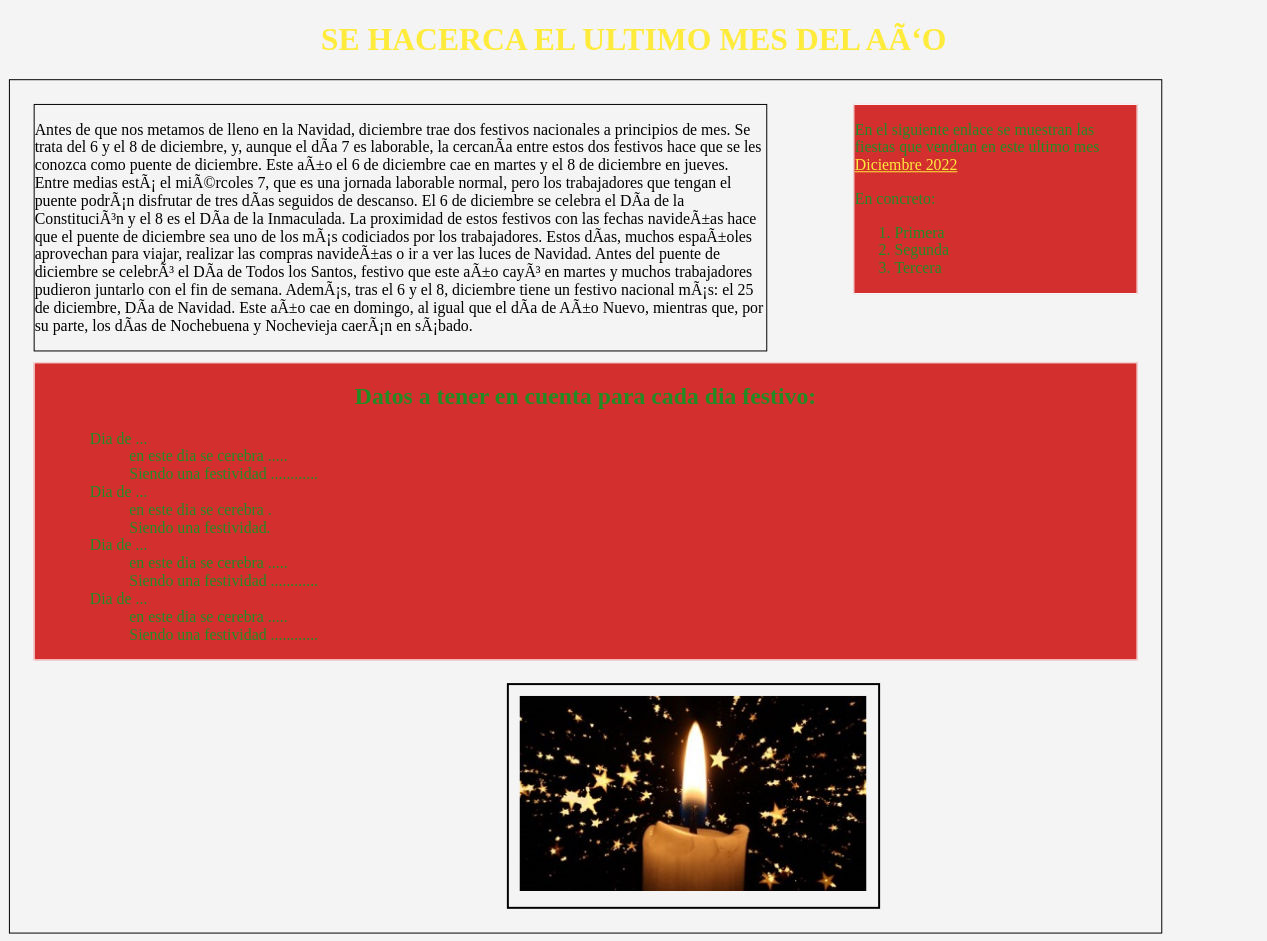
Repository: demoniers/clase
Page: lenguajes/examen2/src/index.html
These files come from the project's save history. The page is drawn as it stood at one moment and after the next save; the edit follows.
The browser window is 1280 px wide. The pictures show the whole page, at 99% of full size.

Above is the page before, as saved 2024-11-06 13:49:34.

### lenguajes/examen2/src/index.html
<!DOCTYPE html>
<html>
  <head>
    <title>¡Festivos Fin de Año!</title>
    <link rel="stylesheet" href="../style/style.css" />
    <meta name="author" content="Diego" />
    <meta name="description" content="¡Festivos Fin de Año!" />
    <meta name="Date" content="06/11/2024"/>
    <meta name="keywords" content="Festivo, Fiesta"/>
    <meta charset="ISO 8859-1">
    <meta lang="ES, FR, IT">
  </head>

  <body>
    <h1 class="center">SE HACERCA EL ULTIMO MES DEL AÑO</h1>
    <div id="container">
      <div class="c65" >
        <p>Antes de que nos metamos de lleno en la Navidad, diciembre trae dos festivos nacionales a principios
          de mes. Se trata del 6 y el 8 de diciembre, y, aunque el día 7 es laborable, la cercanía entre estos dos
          festivos hace que se les conozca como puente de diciembre. Este año el 6 de diciembre cae en martes y
          el 8 de diciembre en jueves. Entre medias está el miércoles 7, que es una jornada laborable normal,
          pero los trabajadores que tengan el puente podrán disfrutar de tres días seguidos de descanso. El 6 de
          diciembre se celebra el Día de la Constitución y el 8 es el Día de la Inmaculada. La proximidad de estos
          festivos con las fechas navideñas hace que el puente de diciembre sea uno de los más codiciados por los
          trabajadores. Estos días, muchos españoles aprovechan para viajar, realizar las compras navideñas o ir a
          ver las luces de Navidad. Antes del puente de diciembre se celebró el Día de Todos los Santos, festivo
          que este año cayó en martes y muchos trabajadores pudieron juntarlo con el fin de semana. Además,
          tras el 6 y el 8, diciembre tiene un festivo nacional más: el 25 de diciembre, Día de Navidad. Este año
          cae en domingo, al igual que el día de Año Nuevo, mientras que, por su parte, los días de Nochebuena y
          Nochevieja caerán en sábado.
          </p>
      </div>
      <div class="c25" >
        <p>En el siguiente enlace se muestran las fiestas que vendran en este ultimo mes <a href="calendarioFestivos.html" target="_blank">Diciembre 2022</a></p>
        <p>En concreto:</p>
        <ol>
          <li>Primera</li>
          <li>Segunda</li>
          <li>Tercera</li>
        </ol>
      </div>
      <div class="cc" >
        <h2 class="center">Datos a tener en cuenta para cada dia festivo:</h2>
        <dl>
          <dt>Dia de ...</dt>
          <dd>en este dia se cerebra .....</dd>
          <dd>Siendo una festividad ............</dd>
          <dt>Dia de ...</dt>
          <dd>en este dia se cerebra .</dd>
          <dd>Siendo una festividad.</dd>
          <dt>Dia de ...</dt>
          <dd>en este dia se cerebra .....</dd>
          <dd>Siendo una festividad ............</dd>
          <dt>Dia de ...</dt>
          <dd>en este dia se cerebra .....</dd>
          <dd>Siendo una festividad ............</dd>
        </dl>
      </div>
      <div class="cimg" >
        <img src="../img/navidad.jpg">
      </div>
      <p class="fin"></p>
    </div>
  </body>
</html>

### lenguajes/examen2/style/style.css
body {
    background-color: #f4f4f4;
}
.center {
    text-align: center;
}
#container {
    border: 1px solid black;
    padding: 1%;
    margin: 1px;
    height: 9s0%;
    width: 90%;
}
.c65{
    float: left;
    width: 65%;
    border: 1px solid black;
}
.c25{
    float: right;
    width: 25%;
    border: 1px solid white;
    background-color: #D32F2F;
    color: #228B22;
}
div {
    margin: 1%;
}
a, h1 {
    color: #FFEB3B;
}
.cc {
    clear: both;
    border: 1px solid white;
    background-color: #D32F2F;
    color: #228B22;
}
dl {
    margin-left: 5%;
}
.cimg {
    float: left;
    margin-left: 43%;
    border: 2px double black;
    padding: 1%;
}
.fin {
    clear:both;
}
.cenimg {
    margin-left: 25%;
    float: left;
}

After the next save:
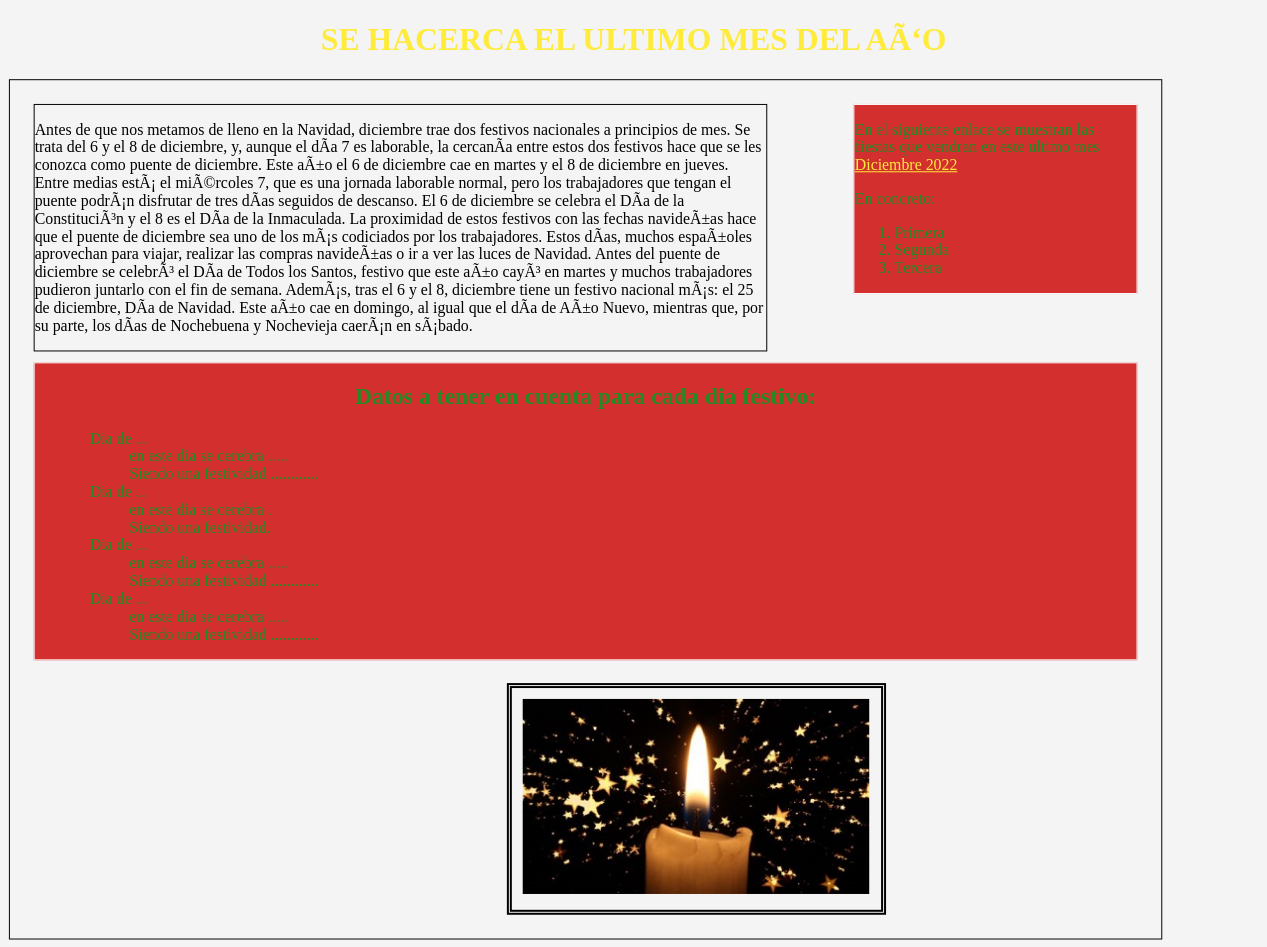
Saved 6 s later.
--- a/lenguajes/examen2/style/style.css
+++ b/lenguajes/examen2/style/style.css
@@ -41,7 +41,7 @@
 .cimg {
     float: left;
     margin-left: 43%;
-    border: 2px double black;
+    border: 5px double black;
     padding: 1%;
 }
 .fin {
